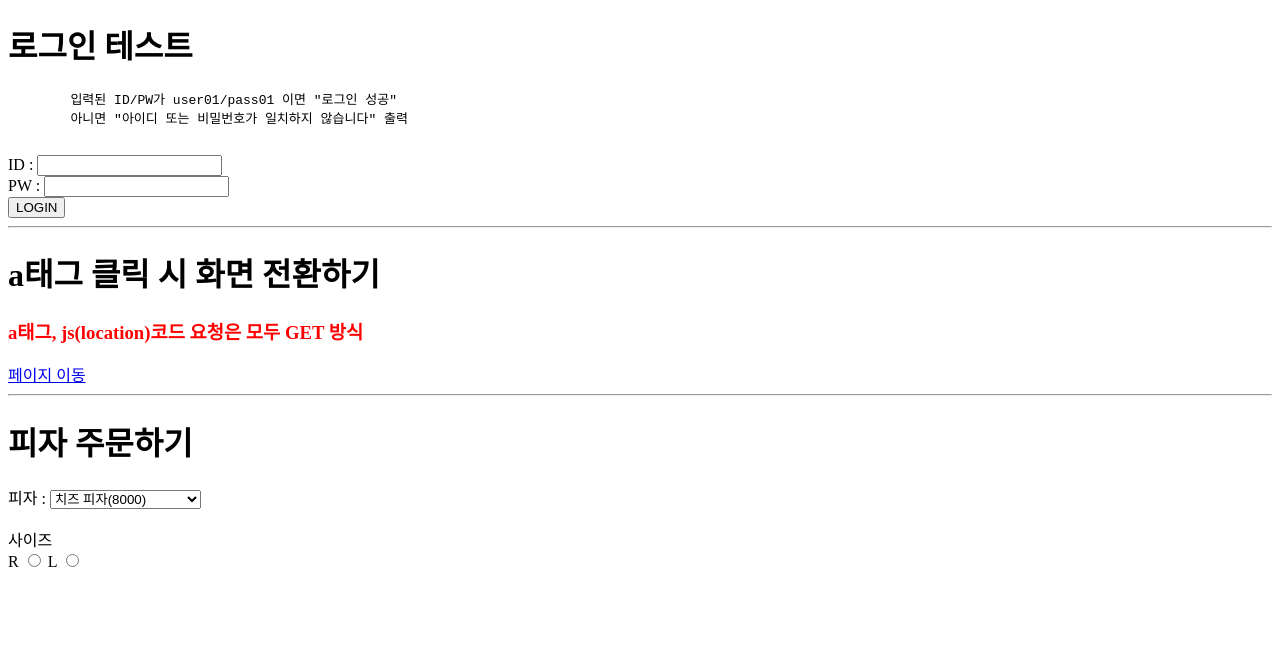
Repository: ahnjaeyoun/6_Server
Page: JSPProject1/src/main/webapp/index.html
An editor plug-in stored every save of this project. The page is shown before and after the next save, followed by the edit.
The browser window is 1280 px wide. The pictures show the whole page.

Above is the page before, as saved 2023-09-18 02:04:56.

### JSPProject1/src/main/webapp/index.html
<!DOCTYPE html>
<html lang="en">
<head>
    <meta charset="UTF-8">
    <meta name="viewport" content="width=device-width, initial-scale=1.0">
    <title>JSPProject1</title>
</head>
<body>
    <h1>로그인 테스트</h1>

    <pre>
        입력된 ID/PW가 user01/pass01 이면 "로그인 성공"
        아니면 "아이디 또는 비밀번호가 일치하지 않습니다" 출력
    </pre>

    <form action="/login" method="post">
        ID : <input type="text" name="id"> <br>
        PW : <input type="password" name="pw"> <br>
        <button>LOGIN</button>
    </form>

    <hr>

    <h1>a태그 클릭 시 화면 전환하기</h1>

    <h3 style="color: red;">a태그, js(location)코드 요청은 모두 GET 방식</h3>

    <a href="/test/result">페이지 이동</a>

    <hr>

    <h1>피자 주문하기</h1>

    <form action="/pizzaOrder" method="post">

		피자 :
		<select name="pizza">
			<option value="1">치즈 피자(8000)</option>
			<option value="2">콤비네이션 피자(9000)</option>
			<option value="3">핫치킨 피자(10000)</option>
		</select>

		<br><br>

		사이즈 <br>
		<label>
			R <input type="radio" name="size" value="R">
		</label>
		<label>
			L <input type="radio" name="size" value="L">
		</label>
	</form>
</body>
</html>

After the next save:
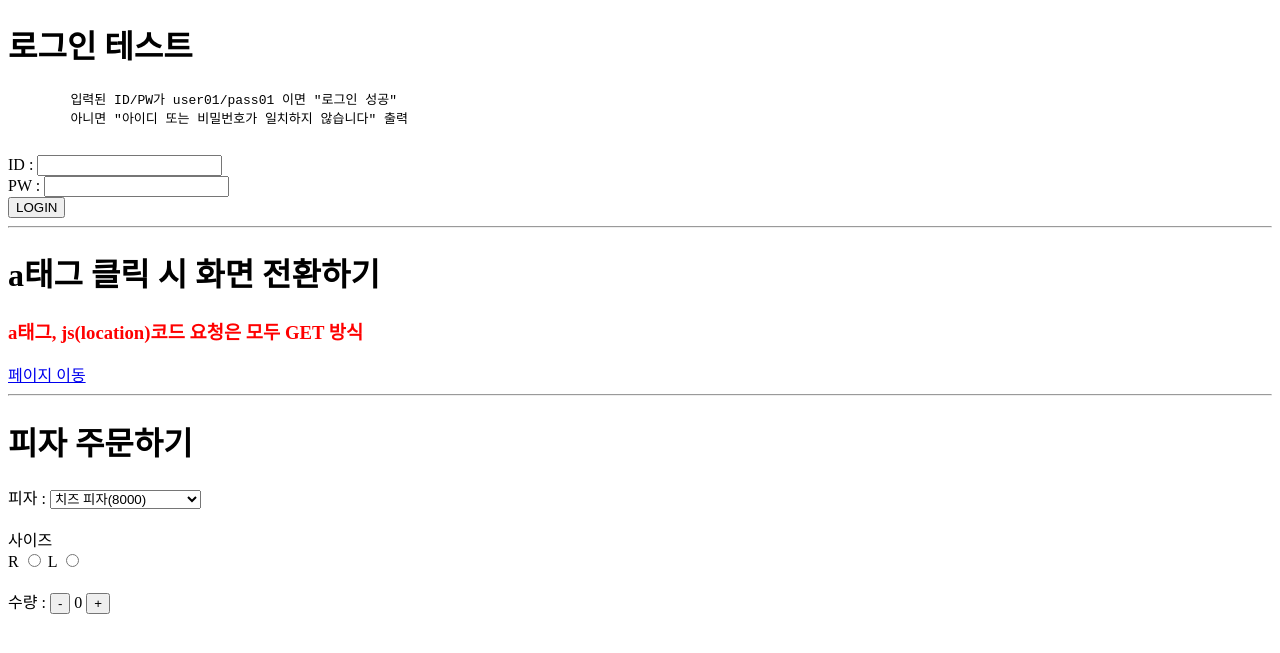
Saved 65 s later.
--- a/JSPProject1/src/main/webapp/index.html
+++ b/JSPProject1/src/main/webapp/index.html
@@ -49,6 +49,13 @@
 		<label>
 			L <input type="radio" name="size" value="L">
 		</label>
+
+		<br><br>
+
+		수량 :
+		<button>-</button>
+		<span id="amount">0</span>
+		<button>+</button>
 	</form>
 </body>
 </html>
